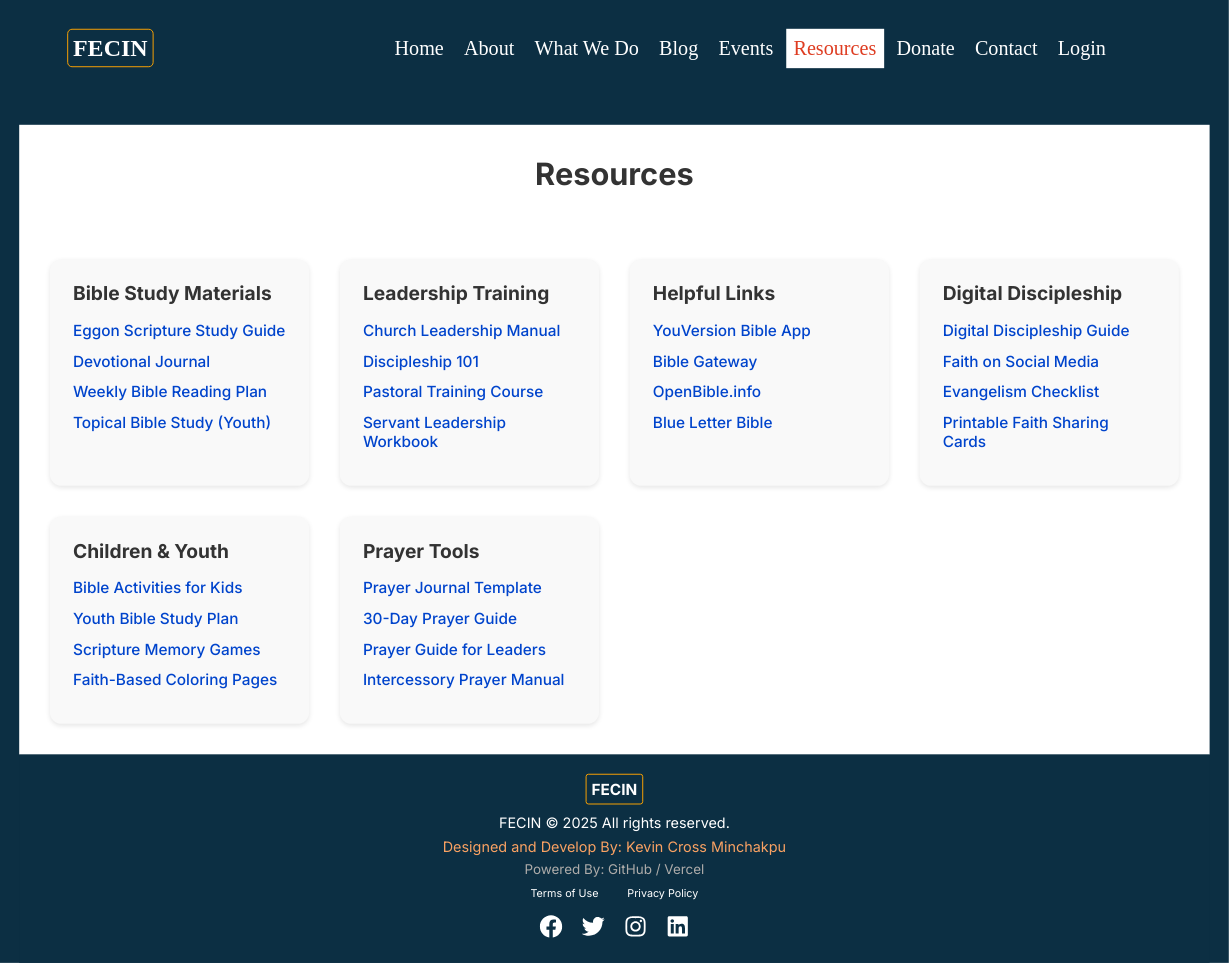
Repository: KCMinchakpu/fecin-projectgs497
Page: /resources
An editor plug-in stored every save of this project. The page is shown before and after the next save, followed by the edit.
The browser window is 1280 px wide. The pictures show the whole page, at 96% of full size.
The page's requests for data from a server got no answer. The project was rebuilt for these pictures with package versions that can differ from the ones it lists, and the page was loaded fresh each time. Some packages were replaced by stand-ins written for this rebuild. The framework's server and built-in components were replaced by stand-ins that run in the browser. No one was signed in, and anything a server would have sent is missing. Queries for data that is not in the repository find no rows. Also part of the build but not shown: next.config.mjs.

Above is the page before, as saved 2025-04-12 15:58:24.

### src/app/layout.js
"use client";

import { Inter } from "next/font/google";
import "./globals.css";
import Navbar from "@/components/navbar/Navbar";
import Footer from "@/components/footer/Footer";
import { SessionProvider } from "next-auth/react"; // Import SessionProvider

const inter = Inter({ subsets: ["latin"] });

export default function RootLayout({ children }) {
  return (
    <html lang="en">
      <body className={inter.className}>
        <SessionProvider>
          <div className="container">
            <Navbar />
            {children}
            <Footer />
          </div>
        </SessionProvider>
      </body>
    </html>
  );
}

### src/app/resources/page.jsx
import styles from './resources.module.css';

export default function ResourcesPage() {
  return (
    <main className={styles.container}>
      <h1 className={styles.title}>Resources</h1>
      <p className={styles.intro}>
        Explore our collection of resources to support your spiritual growth and ministry efforts.
      </p>

      <div className={styles.grid}>
        {/* Bible Study Materials */}
        <section className={styles.card}>
          <h2>Bible Study Materials</h2>
          <ul className={styles.list}>
            <li><a href="/files/eggonscriptureguide.pdf" download>Eggon Scripture Study Guide</a></li>
            <li><a href="/files/devotionaljournal.pdf" download>Devotional Journal</a></li>
            <li><a href="/files/weeklybiblereadingplan.pdf" download>Weekly Bible Reading Plan</a></li>
            <li><a href="/files/topicalbiblestudy.pdf" download>Topical Bible Study (Youth)</a></li>
          </ul>
        </section>

        {/* Leadership Training */}
        <section className={styles.card}>
          <h2>Leadership Training</h2>
          <ul className={styles.list}>
            <li><a href="/files/leadershipmanual.pdf" download>Church Leadership Manual</a></li>
            <li><a href="/files/discipleship101.pdf" download>Discipleship 101</a></li>
            <li><a href="/files/pastortrainingcourse.pdf" download>Pastoral Training Course</a></li>
            <li><a href="/files/servantleadership.pdf" download>Servant Leadership Workbook</a></li>
          </ul>
        </section>

        {/* Helpful Links */}
        <section className={styles.card}>
          <h2>Helpful Links</h2>
          <ul className={styles.list}>
            <li><a href="https://www.bible.com/" target="_blank" rel="noopener noreferrer">YouVersion Bible App</a></li>
            <li><a href="https://www.biblegateway.com/" target="_blank" rel="noopener noreferrer">Bible Gateway</a></li>
            <li><a href="https://www.openbible.info/" target="_blank" rel="noopener noreferrer">OpenBible.info</a></li>
            <li><a href="https://www.blueletterbible.org/" target="_blank" rel="noopener noreferrer">Blue Letter Bible</a></li>
          </ul>
        </section>

        {/* Digital Discipleship */}
        <section className={styles.card}>
          <h2>Digital Discipleship</h2>
          <ul className={styles.list}>
            <li><a href="/files/digitaldiscipleshipguide.pdf" download>Digital Discipleship Guide</a></li>
            <li><a href="/files/socialmediaforfaith.pdf" download>Faith on Social Media</a></li>
            <li><a href="/files/evangelismchecklist.pdf" download>Evangelism Checklist</a></li>
            <li><a href="/files/faithsharingcards.pdf" download>Printable Faith Sharing Cards</a></li>
          </ul>
        </section>

        {/* Children & Youth */}
        <section className={styles.card}>
          <h2>Children & Youth</h2>
          <ul className={styles.list}>
            <li><a href="/files/bibleactivitiesforkids.pdf" download>Bible Activities for Kids</a></li>
            <li><a href="/files/youthbiblestudyplan.pdf" download>Youth Bible Study Plan</a></li>
            <li><a href="/files/scripturememorization.pdf" download>Scripture Memory Games</a></li>
            <li><a href="/files/faithcoloringpages.pdf" download>Faith-Based Coloring Pages</a></li>
          </ul>
        </section>

        {/* Prayer Tools */}
        <section className={styles.card}>
          <h2>Prayer Tools</h2>
          <ul className={styles.list}>
            <li><a href="/files/prayerjournaltemplate.pdf" download>Prayer Journal Template</a></li>
            <li><a href="/files/30dayprayerguide.pdf" download>30-Day Prayer Guide</a></li>
            <li><a href="/files/prayerforleaders.pdf" download>Prayer Guide for Leaders</a></li>
            <li><a href="/files/intercessoryprayermanual.pdf" download>Intercessory Prayer Manual</a></li>
          </ul>
        </section>
      </div>
    </main>
  );
}

### src/app/admin/users/[userId]/role/route.js
import dbConnect from '@/lib/dbConnect';
import User from '@/models/User';

export async function PATCH(req, { params }) {
  try {
    const { role } = await req.json();
    const { userId } = params;

    if (!role) {
      return new Response('Role is required', { status: 400 });
    }

    await dbConnect();

    const updatedUser = await User.findByIdAndUpdate(
      userId,
      { role },
      { new: true }
    );

    if (!updatedUser) {
      return new Response('User not found', { status: 404 });
    }

    return new Response('User role updated successfully', { status: 200 });
  } catch (error) {
    console.error('Error updating user role:', error);
    return new Response('Something went wrong', { status: 500 });
  }
}
// This code handles the PATCH request to update a user's role in the database.

### src/app/admin/users/route.js
import dbConnect from '@/lib/dbConnect';
import User from '@/models/User';

export async function GET() {
  try {
    await dbConnect();
    const users = await User.find();
    return new Response(JSON.stringify(users), { status: 200 });
  } catch (error) {
    console.error('Error fetching users:', error);
    return new Response('Something went wrong', { status: 500 });
  }
}

### src/app/globals.css
:root {
    --bg: #0c2f43;
    --text: white;
    --bgSoft: #091f2c;
    --textSoft: rgb(237, 232, 232);
    --btn: #de3c21;
    --bgWhite: white;
    --textGray: #444444;
}

/* Box sizing rules */
* {
    box-sizing: border-box;
    margin:0;
    padding: 0;
  }

/* Set core body defaults */
body {
    background-color: var(--bgWhite);
    color: var(--text);
  }

a {
    color: inherit;
    text-decoration: none;
}

.container {
  background-color: var(--bg);
  width: 100%; /* Default for small screens */
  margin: auto;
  padding-left: 20px;
  padding-right: 20px;
  min-height: 120vh;
  display: flex;
  flex-direction: column;
  justify-content: space-between;
}

.callnana {
    background-color: var(--bgWhite);
    color: var(--textGray);
    padding: 20px;
    border-radius: 8px;
    box-shadow: 0 4px 8px rgba(0, 0, 0, 0.1);
    margin-bottom: 20px;
    width: 400px;
    height: 200px;
    align-items: center;
    justify-items: center;
}

### src/components/navbar/Navbar.jsx
import React from 'react';
import Link from 'next/link';
import Links from "./links/Links";
import styles from "./navbar.module.css";

const Navbar = () => {
  return (
    <div className={styles.container}>
      <Link href="/" className={styles.logo}>FECIN</Link>
      <div>
        <Links />
      </div>
    </div>
  );
};

export default Navbar;

### src/components/footer/Footer.jsx
import React from 'react';
import styles from './footer.module.css';
import { FaFacebook, FaTwitter, FaInstagram, FaLinkedin } from 'react-icons/fa';

const Footer = () => {
  return (
    <div className={styles.container}>
      <div className={styles.logo}>
        {/* You can add a logo image here if needed */}
        <h2>FECIN</h2>
      </div>
      <div>
        <p className={styles.text}>FECIN © 2025 All rights reserved.</p>
        <p className={styles.author}>
          <a href="https://www.linkedin.com/in/kevin-cross-minchakpu-7897379a" target="_blank">Designed and Develop By: Kevin Cross Minchakpu</a>
          </p>
        <p className={styles.company}>
          <a href="https://octatesystems.github.io/OSNigeria/">Powered By: GitHub / Vercel</a>
          </p>
      </div>
      <div className={styles.links}>
        <a href="/terms" className={styles.link}>Terms of Use</a>
        <a href="/privacy" className={styles.link}>Privacy Policy</a>
      </div>
      <div className={styles.socialIcons}>
        <a href="https://facebook.com" target="_blank" rel="noopener noreferrer" className={styles.icon}>
          <FaFacebook />
        </a>
        <a href="https://twitter.com" target="_blank" rel="noopener noreferrer" className={styles.icon}>
          <FaTwitter />
        </a>
        <a href="https://instagram.com" target="_blank" rel="noopener noreferrer" className={styles.icon}>
          <FaInstagram />
        </a>
        <a href="https://linkedin.com" target="_blank" rel="noopener noreferrer" className={styles.icon}>
          <FaLinkedin />
        </a>
      </div>
    </div>
  );
};

export default Footer;

### src/app/resources/resources.module.css
.container {
    padding: 2rem;
  width: 100%;
    margin: 0 auto;
    background-color: #fff;
    margin-top: 30px;
  }

  .title {
    font-size: 2rem;
    font-weight: bold;
    text-align: center;
    margin-bottom: 1rem;
    color: #333;
  }

  .intro {
    text-align: center;
    font-size: 1.1rem;
    margin-bottom: 2rem;
  }

  .grid {
    display: grid;
    grid-template-columns: repeat(auto-fit, minmax(250px, 1fr));
    gap: 2rem;
  }

  .card {
    background: #f9f9f9;
    padding: 1.5rem;
    border-radius: 12px;
    box-shadow: 0 2px 6px rgba(0, 0, 0, 0.1);
  }

  .card h2 {
    font-size: 1.25rem;
    color: #333;
    margin-bottom: 1rem;
  }

  .list {
    list-style: none;
    padding: 0;
    margin: 0;
  }

  .list li {
    margin-bottom: 0.75rem;
  }

  .list a {
    color: #0044cc;
    text-decoration: none;
    font-weight: 500;
  }

  .list a:hover {
    text-decoration: underline;
  }

### src/components/navbar/links/Links.jsx
"use client";

import React, { useState } from "react";
import { useSession } from "next-auth/react";
import Image from 'next/image';
import NavLink from "../navLink/NavLink";
import styles from "./links.module.css";

const links = [
  { title: "Home", path: "/" },
  { title: "About", path: "/about" },
  { title: "What We Do", path: "/whatwedo" },
  { title: "Blog", path: "/blog" },
  { title: "Events", path: "/upcoming-events" },
  { title: "Resources", path: "/resources" },
  { title: "Donate", path: "/donate" },
    { title: "Contact", path: "/contact" },
  ];

const Links = () => {
  const [open, setOpen] = useState(false);
  const { data: session, status } = useSession();

  const isAdmin = session?.user?.role === "admin";

  return (
    <div className={styles.container}>
      <div className={styles.links}>
        {links.map((link) => (
          <NavLink item={link} key={link.title} />
        ))}

        {!session && status !== "loading" && (
          <NavLink item={{ title: "Login", path: "/login" }} />
        )}

        {session && isAdmin && (
          <NavLink item={{ title: "Admin", path: "/admin" }} />
        )}

        {session && (
          <form method="post" action="/api/auth/signout">
            <button className={styles.logout}>Logout</button>
          </form>
        )}
      </div>

      <Image
        className={styles.menuButton}
        src="/menu.png"
        alt="Hamburger menu"
        width={30}
        height={30}
        onClick={() => setOpen((prev) => !prev)}
      />

      {open && (
        <div className={styles.mobileLinks}>
          {links.map((link) => (
            <NavLink item={link} key={link.title} />
          ))}
        </div>
      )}
    </div>
  );
};

export default Links;

### src/components/navbar/navbar.module.css
.container {
    height: 100px;
    display: flex;
    align-items: center;
    justify-content: space-between;
}

.logo {
    font-size: 25px;
    font-weight: bold;
    font-family: "Play", serif;
    font-weight: 700;
    font-style: normal;
    border: 1.5px solid orange;
    padding: 5px;
    border-radius: 5px;
    margin-left: 50px;
}

### src/components/footer/footer.module.css
/* Footer Container */
.container {
    background-color: var(--bg);
    color: white;
    display: flex;
    flex-direction: column;
    align-items: center;
    justify-content: space-between;
    padding: 20px;
    text-align: center;
  }

  .logo h2 {
    font-size: 1rem;
    margin-bottom: 10px;
    border: 1px solid orange;
    padding: 5px;
    border-radius: 3px;
  }

  .text {
    margin-bottom: 5px;
    font-size: 15px;

  }
  .author {
    margin-bottom: 5px;
    font-size: 15px;
    color: rgb(250, 162, 99);
  }

  .company {
    margin-bottom: 5px;
    font-size: 14px;
    color: rgb(174, 172, 170);
  }

  .author:hover {
    text-decoration: underline;
  }

  .company:hover {
    text-decoration: underline;
  }

  .links {
    margin-bottom: 15px;
  }

  .link {
    color: white;
    margin: 0 15px;
    text-decoration: none;
    font-size: 0.7rem;
  }

  .link:hover {
    text-decoration: underline;
  }

  .socialIcons {
    display: flex;
    justify-content: center;
    gap: 20px;
  }

  .icon {
    font-size: 1.5rem;
    color: white;
    transition: color 0.3s ease;
  }

  .icon:hover {
    color: #0070f3;
  }


  @media (min-width: 768px) {
    .container {
      flex-direction: column;
      align-items: center;
      justify-content: space-around;
    }
  }

### src/components/navbar/navLink/navLink.jsx
"use client";

import React from "react";
import Link from "next/link";
import { usePathname } from "next/navigation";
import styles from "./navLink.module.css";

const NavLink = ({ item }) => {
  const pathName = usePathname();
  return (
    <Link
      href={item.path}
      className={`${styles.container} ${
        pathName === item.path ? styles.active : ""
      }`}
    >
      {item.title}
    </Link>
  );
};

export default NavLink;

### src/components/navbar/links/links.module.css
.links {
    display: flex;
    align-items: center;
    gap: 5px;
    font-family: "Play", serif;
    font-style: normal;
    margin-right: 100px;
    font-size: 21px;
}

.logout {
    padding: 5px;
    cursor: pointer;
    font-weight: bold;
    font-size: 15px;
}

.menuButton,
.mobileLinks {
   display: none;
  }

  @media (max-width: 480px){
    .links {
        display: none;
    }

    .menuButton {
        display: block;
        cursor: pointer;
      }

    .mobileLinks {
        position: absolute;
        top: 100px;
        right: 0;
        width: 50%;
        height: calc(100vh-100px);
        /*background-color: var(--bg);*/
       background-color: brown;
        display: flex;
        flex-direction: column;
        align-items: center;
        justify-content: center;
        gap: 10px;
      }
  }

### src/components/navbar/navLink/navLink.module.css
.container {
    padding: 8px;
    text-align: center;


}

.active {
    background-color: var(--text);
    color: var(--btn);
}

After the next save:
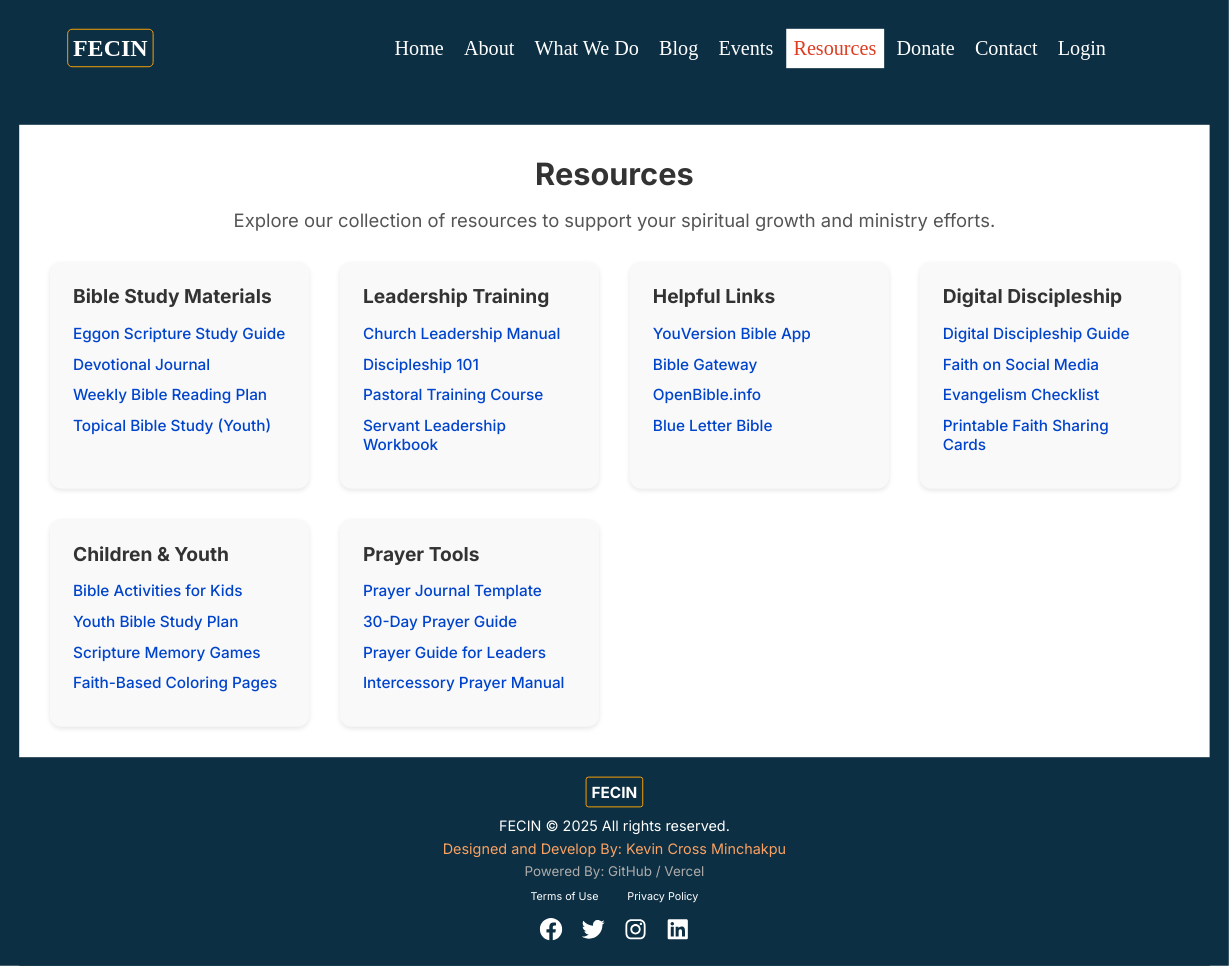
Saved 29 s later.
--- a/src/app/resources/resources.module.css
+++ b/src/app/resources/resources.module.css
@@ -16,8 +16,9 @@
 
   .intro {
     text-align: center;
-    font-size: 1.1rem;
+    font-size: 1.2rem;
     margin-bottom: 2rem;
+    color: #555;
   }
 
   .grid {
